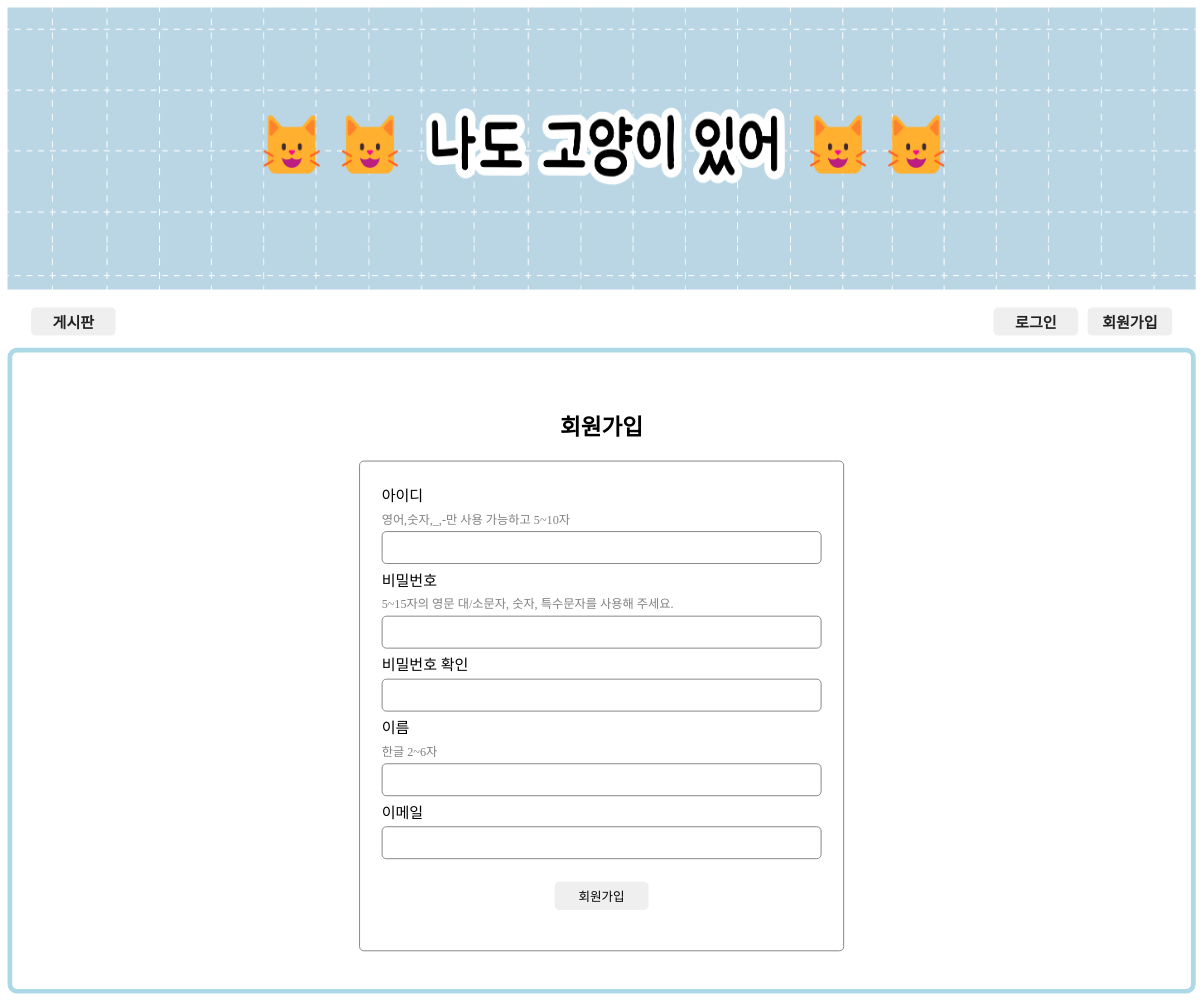
Repository: hh7711/Goit
Page: http://localhost/Goit/WEB-INF/views/signUpPage.jsp
These files come from the project's save history. The page is drawn as it stood at one moment and after the next save; the edit follows.
The browser window is 1280 px wide. The pictures show the whole page, at 94% of full size.
Some web fonts or font styles are not loaded; a fallback is used. The page is served by Tomcat 9. Nobody is signed in. Other server files are loaded and not shown. The template is opened directly, without the code that normally fills it, so the values that code supplies are empty.

Above is the page before, as saved 2023-08-03 07:39:00.

### Goit/src/main/webapp/WEB-INF/views/signUpPage.jsp
<%@ page language="java" contentType="text/html; charset=UTF-8"
    pageEncoding="UTF-8"%>
<%@ taglib prefix="c" uri="http://java.sun.com/jsp/jstl/core" %>
<!DOCTYPE html>
<html>
<head>
<meta charset="UTF-8">
<title>나도 고양이 있어</title>
    <style>
    	@font-face {
		    font-family: 'Dovemayo_gothic';
		    src: url('https://cdn.jsdelivr.net/gh/projectnoonnu/noonfonts_2302@1.1/Dovemayo_gothic.woff2') format('woff2');
		    font-weight: normal;
		    font-style: normal;
		}
		body,button,textarea {
			font-family: 'Dovemayo_gothic';
		}
		#main1{
			border: 5px solid lightblue;
			border-radius: 10px;
		}
		.headBtnDiv{
			margin-bottom: 30px; margin-top: 10px;
			margin-left: 20px; margin-right: 20px;
		}
    	.headBtn{
        	border: 0.5px;
        	width: 90px;
        	height: 30px;
        	color: rgb(34, 34, 34);
        	border-radius: 5px;
        	font-size: medium;
        	font-weight: bold;
        	margin: 5px;
        }
        .headBtn:hover{
        	background-color: rgb(211, 253, 255);
        }
        .headId{
        	font-size: medium;
        	font-weight: bold;
        	margin-top: 8px; margin-left: 5px; margin-right: 5px; margin-bottom: 10px;
        }
        table{
            margin-left: auto; margin-right: auto;
            margin-top: 40px; margin-bottom: 40px;
            border: 0.2px solid gray;
            border-radius: 5px;
            align-content: center;
            padding: 20px;
        }
        tr{
        	margin: 15px;
        }
        input{
            /* border-top: none; border-left: none; border-right: none; */
            /* border-bottom: 0.5px solid; */
            /* border-top-left-radius: 5px; border-top-right-radius: 5px; */
            border: 0.5px solid gray;
            border-radius: 5px;
            height: 23px;
            font-family: 'Dovemayo_gothic';
            padding: 5px;
        }
        .write:focus{
            background-color: #E8F5FF;
            color: rgb(75, 75, 75);
            outline: none;
            /* box-shadow: 0 0 0 2px #f00; */
        }
        #signUp{
            border: none;
            border-radius: 5px;
            width: 100px;
            height: 30px;
        }
        #signUp:hover{
            background-color: #E8F5FF;
        }
        .displaynone{
        	color: red;
        	font-size: small;
        }
    </style>
</head>
<body>
<!-- 상단 -->
	<div>
		<a href="mainPage">
			<img style="height: 300px;" alt="오류" src="resources/main/main15.png" width="100%">
		</a>
	</div>
	<div class="headBtnDiv">
		<button type="button" class="headBtn" style="float: left;" onclick="location.href='boardList'">게시판</button>
		<c:if test="${dto == null}">
			<button type="button" class="headBtn" style="float: right;" onclick="location.href='signUpPage'">회원가입</button>
			&nbsp;<button type="button" class="headBtn" style="float: right;" onclick="location.href='signInPage'">로그인</button>
		</c:if>
		<c:if test="${dto != null}">
			<button type="button" class="headBtn" style="float: right;" onclick="location.href='signOut'">로그아웃</button>&nbsp;
			<button type="button" class="headBtn" style="float: right;" onclick="location.href='myPage'">마이페이지</button>
			<span class="headId" style="float: right;">${dto.id}님</span>
		</c:if>
	</div>
<!-- 상단 -->
	<div id="main1">
		<div id="main2">
			<div><!-- 본문 -->
				<form method="post" action="signUp" name="signup">
					<table>
						<caption><h2>회원가입</h2></caption>
						<tr>
			                <td>아이디</td>
						</tr>
						<tr>
			                <td style="color: gray; font-size: small;">
			                	영어,숫자,_,-만 사용 가능하고 5~10자
			                </td>
						</tr>
			            <tr>
			                <td>
			                    <!-- <input type="text" name="id" id="id" placeholder="아이디를 입력하세요"> -->
			                    <input type="text" name="id" id="id" class="write" size="60" maxlength="10">
			                </td>
			            </tr>
						<tr id="idX" style="display: none;">
							<td style="height: 10px">
			                   	<span class="displaynone">사용할 수 없는 아이디입니다. 다른 아이디를 입력해 주세요.</span>
			                </td>
						</tr>
						<tr id="idO" style="display: none;">
			                <td>
			                    <span class="displaynone">사용 가능한 아이디 입니다.</span>
			                </td>
						</tr>
						<tr>
			                <td>
			                	비밀번호
			                </td>
						</tr>
						<tr>
			                <td style="color: gray; font-size: small;">
			                	<span>5~15자의 영문 대/소문자, 숫자, 특수문자를 사용해 주세요.</span>
			                </td>
						</tr>
			            <tr>
			                <td>
			                    <input type="password" id="pwd1" class="write" size="60" maxlength="15">
			                </td>
			            </tr>
						<tr>
			                <td>비밀번호 확인</td>
						</tr>
			            <tr>
			                <td>
			                    <input type="password" name="pwd" id="pwd2" class="write" size="60" maxlength="15">
			                </td>
			            </tr>
			            <tr id="pwdX" style="display: none;">
			                <td>
			                    <span class="displaynone">비밀번호가 일치하지 않습니다.</span>
			                </td>
			            </tr>
			            <tr id="pwdO" style="display: none;">
			                <td>
								<span class="displaynone">비밀번호가 일치합니다.</span>
			                </td>
			            </tr>
						<tr>
			                <td>이름</td>
						</tr>
						<tr>
			                <td style="color: gray; font-size: small;">
			                	한글 2~6자
			                </td>
						</tr>
			            <tr>
			                <td colspan="2">
			                    <input type="text" name="name" id="name" class="write" size="60" maxlength="6">
			                </td>
			            </tr>
						<tr>
			                <td>이메일</td>
						</tr>
			            <tr>
			                <td colspan="2">
			                    <input type="text" name="email" id="email" class="write" size="60">
			                </td>
			            </tr>
			            <tr>
			                <td align="center">
			                    <div style="margin: 20px;">
			                        <button type="button" id="signUp">회원가입</button>
			                    </div>
			                </td>
			            </tr>
					</table>
				</form>
			</div><!-- 본문 -->
		</div><!-- main1 -->
	</div><!-- main2 -->
    <script src="https://ajax.googleapis.com/ajax/libs/jquery/3.3.1/jquery.min.js"></script>
    <script type="text/javascript">
        var idCheck = false;
        var pwdCheck = false;
        $("#id").on("propertychange change keyup paste input", function () {
        	var id = $(this).val();
            $.ajax({
                url: "idCheck",
                type: "post",
                data: {id : id},
                dataType: "json",
                success : function(result) {
                    if (result == 2) {
                        $("#idO").show();
                        $("#idX").hide();
                        idCheck = true;
                    }else if (result == 1) {
                        $("#idX").show();
                        $("#idO").hide();
                        idCheck;
                    }
                },
                error: function(){
                    alert("오류");
                }
            });
        });
        $("#pwd2").on("propertychange change keyup paste input", function () {
        	console.log("비밀번호 입력중")
			if ($("#pwd1").val() != $("#pwd2").val()) {
			    $("#pwdX").show();
			    $("#pwdO").hide();
			}else if ($("#pwd1").val() == $("#pwd2").val()) {
			    $("#pwdO").show();
			    $("#pwdX").hide();
			}
        });
//      아이디, 비밀번호, 이름, 이메일 유효성검사를 위한 정규식
// 		영어,숫자,_,-만 사용 가능하고 5~10자
        var userIdCheck = RegExp(/^[A-Za-z0-9_\-]{5,10}$/);
//      영문 대/소문자, 숫자, 특수문자를 하나 이상 포함하여 5~15자
        var userPwdCheck = (/^(?=.*[a-z])(?=.*[A-Z])(?=.*[0-9])(?=.*[!@#$%^*?]).{5,15}$/);
//         한글 2~6자
        var userNameCheck = RegExp(/^[가-힣]{2,6}$/);

        var userEmailCheck = RegExp(/^[A-Za-z0-9_\.\-]+@[A-Za-z0-9\-]+\.[A-Za-z0-9\-]+/);

//      회원가입 버튼 눌렀을때
        $("#signUp").on("click", function() {
			if ($("#id").val() == "") {
				alert("아이디를 입력해주세요.");
				$("#id").focus();
				return false;
			}
			if(!userIdCheck.test($("#id").val())){
		        alert("아이디 형식에 맞게 입력해주세요.");
		        $("#id").focus();
		        return false;
	      	}
        	if (idCheck == false) {
        		alert("이미 존재하는 아이디 입니다.");
				$("#id").focus();
				return false;
			}
			if ($("#id").val().length < 5) {
				alert("아이디는 5글자 이상이여야 합니다");
				$("#id").focus();
				return false;
			}
			if ($("#pwd1").val() == "" || $("#pwd2").val() == "") {
				alert("비밀번호를 입력해주세요.");
				$("#pwd1").focus();
				return false;
			}
			if ($("#id").val() == $("#pwd1").val()) {
				alert("아이디를 비밀번호로 사용할 수 없습니다.");
				$("#pwd1").val("");
				$("#pwd1").focus();
				return false;
			}
			if ($("#pwd1").val().length < 5) {
				alert("비밀번호는 5자 이상이여야 합니다.");
				$("#pwd1").focus();
				return false;
			}
			if ($("#pwd1").val() != $("#pwd2").val()) {
				alert("비밀번호가 일치하지 않습니다.");
				$("#pwd1").focus();
				return false;
			}
			if(!userPwdCheck.test($("#pwd1").val())){
		        alert("비밀번호 형식에 맞게 입력해주세요.");
		        $("#pwd1").focus();
		        return false;
	      	}
			if ($("#name").val() == "") {
				alert("이름을 입력해주세요.");
				$("#name").focus();
				return false;
			}
			if(!userNameCheck.test($("#name").val())){
		        alert("이름똑바로~");
		        $("#name").focus();
		        return false;
	      	}
			if ($("#email").val() == "") {
				alert("이메일을 입력해주세요.");
				$("#email").focus();
				return false;
			}
			if(!userEmailCheck.test($("#email").val())){
		        alert("이메일주소가 올바르지 않습니다.");
		        $("#email").focus();
		        return false;
	      	}
			document.signup.submit();
		});
    </script>
</body>
</html>

After the next save:
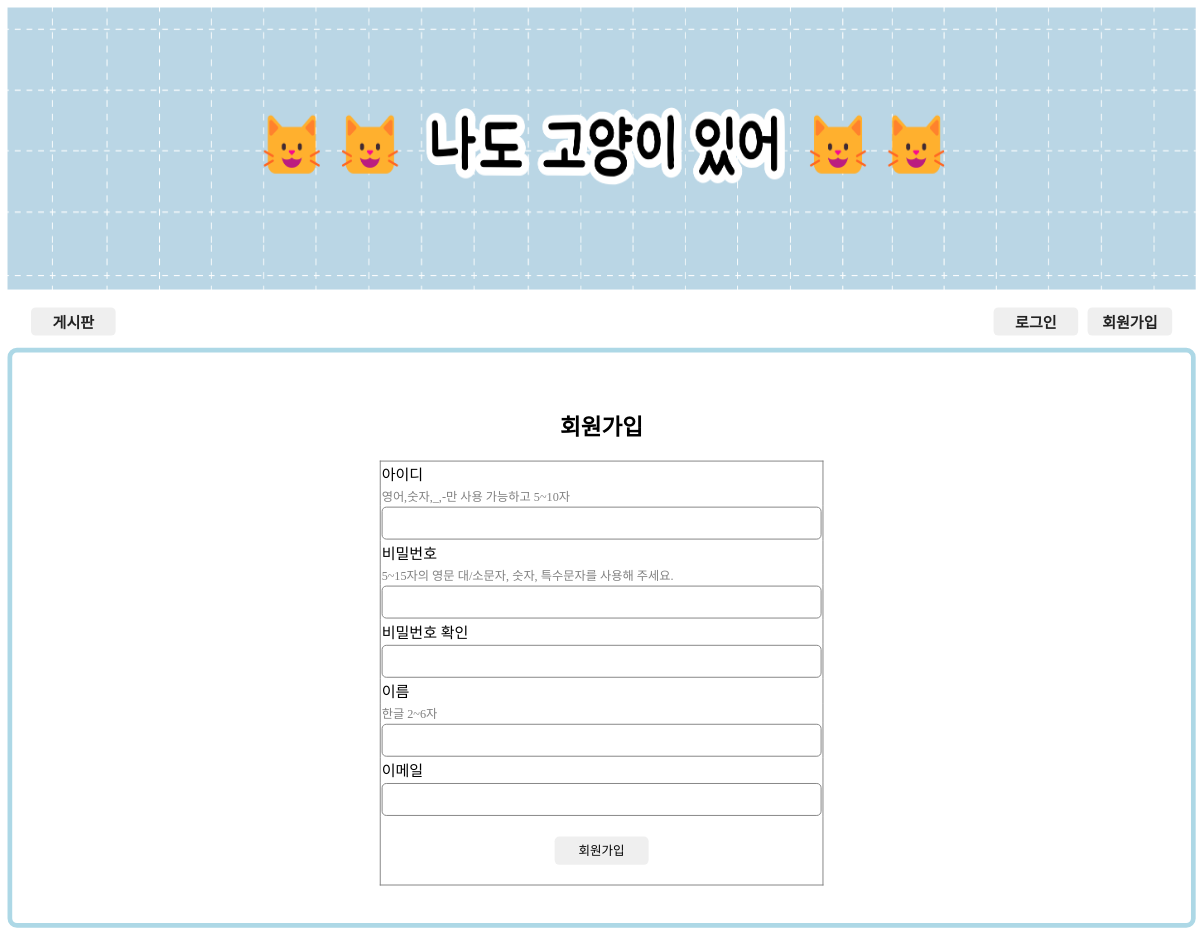
Saved 32 s later.
--- a/Goit/src/main/webapp/WEB-INF/views/signUpPage.jsp
+++ b/Goit/src/main/webapp/WEB-INF/views/signUpPage.jsp
@@ -49,6 +49,7 @@
             border-radius: 5px;
             align-content: center;
             padding: 20px;
+            border-collapse: collapse;
         }
         tr{
         	margin: 15px;

After the 2 saves that followed:
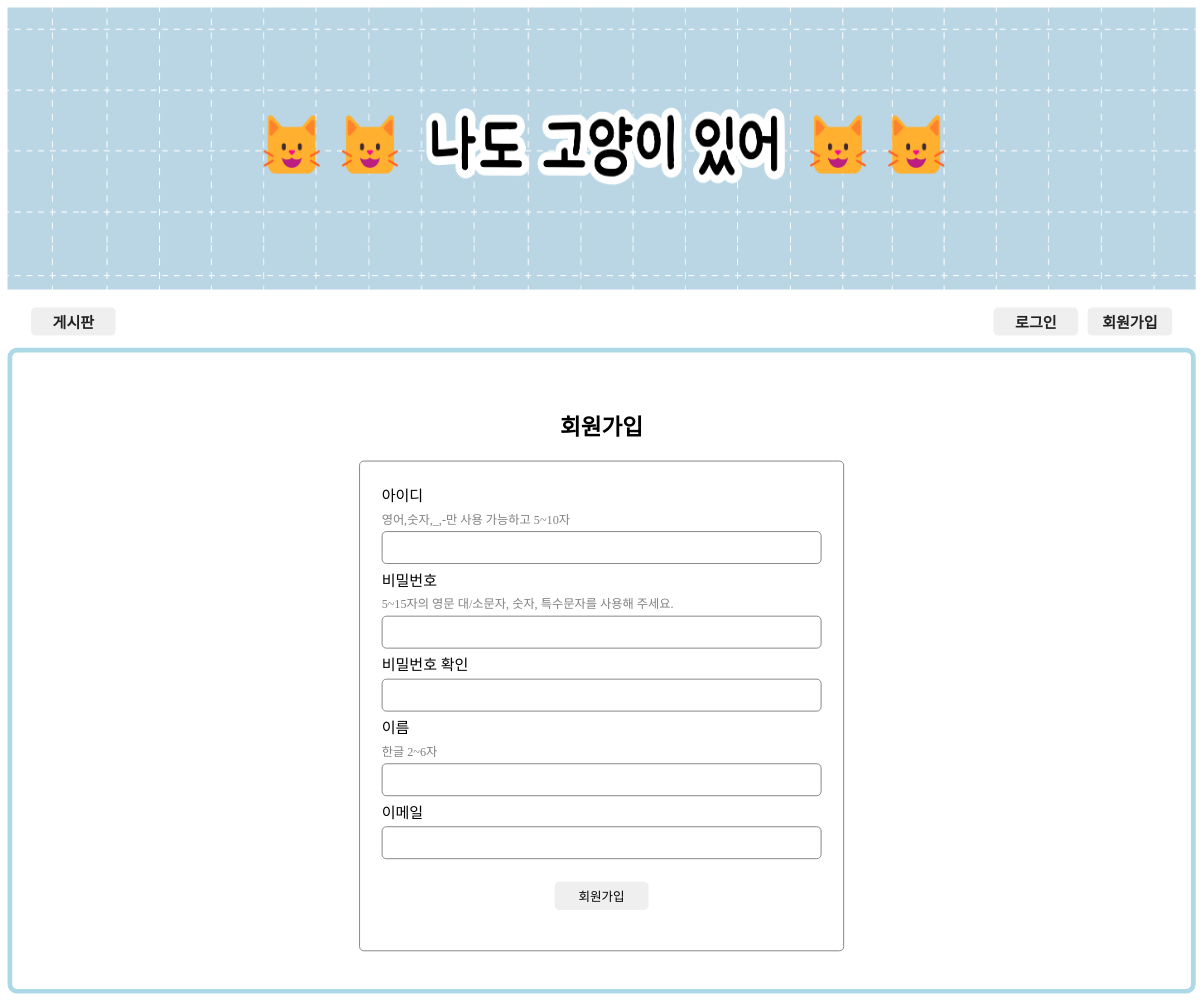
The 2 saves are shown as one change because they came seconds apart.
The last was saved 15 s later.
--- a/Goit/src/main/webapp/WEB-INF/views/signUpPage.jsp
+++ b/Goit/src/main/webapp/WEB-INF/views/signUpPage.jsp
@@ -49,7 +49,6 @@
             border-radius: 5px;
             align-content: center;
             padding: 20px;
-            border-collapse: collapse;
         }
         tr{
         	margin: 15px;
